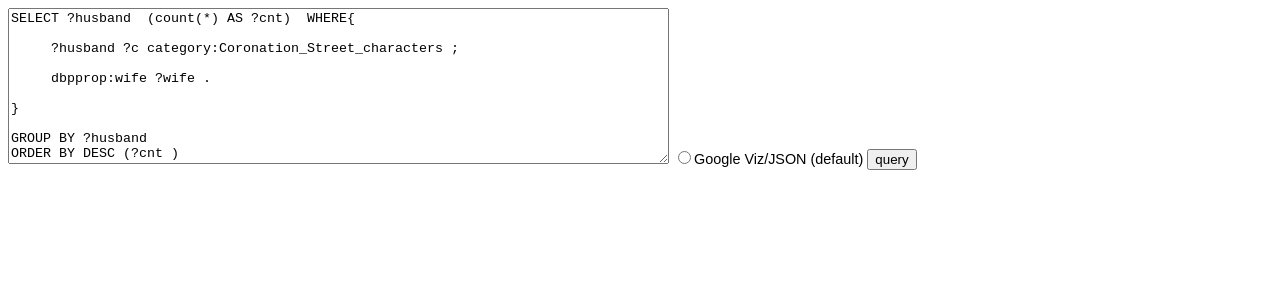
Repository: ds10/widgets-workspace
Page: DBpediawidget/src/index.html
An editor plug-in stored every save of this project. The page is shown before and after the next save, followed by the edit.
The browser window is 1280 px wide. The pictures show the whole page.

Above is the page before, as saved 2013-02-26 14:47:09.

### DBpediawidget/src/index.html
<!DOCTYPE HTML>
<html>
<head>
    <title>{widgetname}</title>

    <link href="style/main.css" rel="stylesheet" media="all"/>

    <style type="text/css">
    </style>

    <script src="script/main.js"></script>
</head>

<body>
<form Method="POST" Action="http://data-gov.tw.rpi.edu/ws/sparqlproxy.php" >
<textarea name="query" cols=80 rows="10" />
SELECT ?husband  (count(*) AS ?cnt)  WHERE{

     ?husband ?c category:Coronation_Street_characters ;

     dbpprop:wife ?wife .

}

GROUP BY ?husband
ORDER BY DESC (?cnt )
</textarea>
 <input name="output" value="gvds" type="radio" />Google Viz/JSON (default)
    <input value="query" type="submit" /><br />
</form>

</body>
</html>

### DBpediawidget/src/style/main.css
/* put your styles here */

body {
    font-size: 0.9em;
    font-family: Arial, Verdana, sans-serif;
}

### DBpediawidget/src/script/main.js
// main.js - put your code here

After the next save:
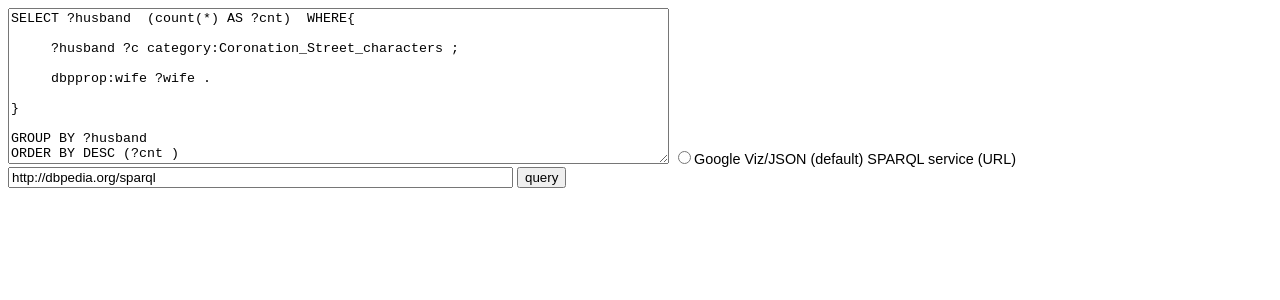
Saved 2 min 10 s later.
--- a/DBpediawidget/src/index.html
+++ b/DBpediawidget/src/index.html
@@ -26,6 +26,7 @@
 ORDER BY DESC (?cnt )
 </textarea>
  <input name="output" value="gvds" type="radio" />Google Viz/JSON (default)
+  SPARQL service (URL) <input name="service-uri" value="http://dbpedia.org/sparql" size="60" />
     <input value="query" type="submit" /><br />
 </form>
 
